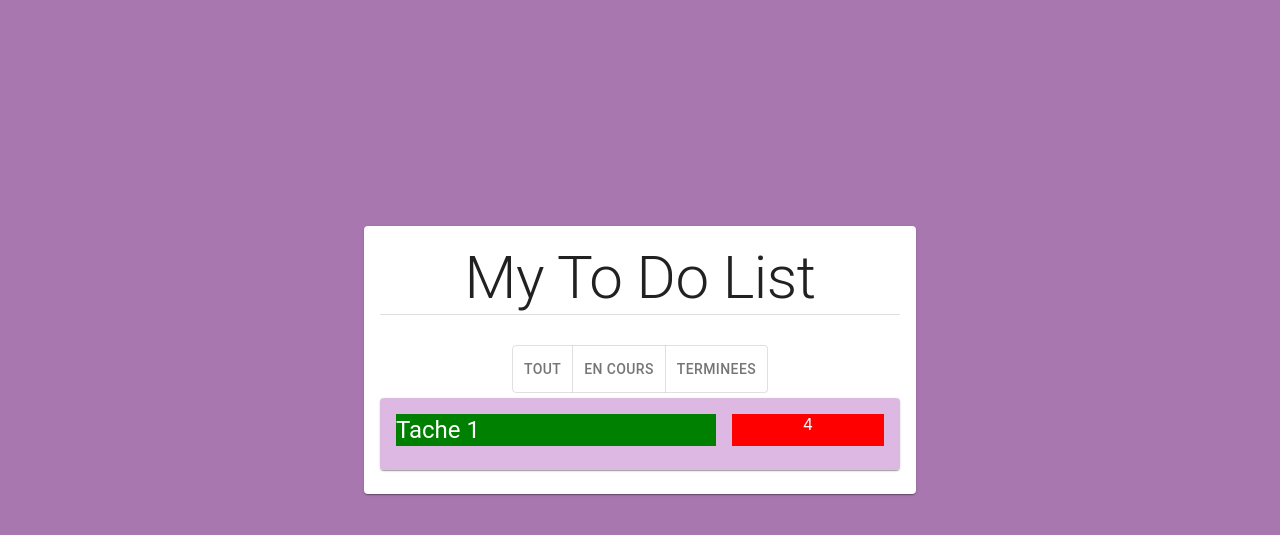
Repository: Fathiyasmine/Todo-list-project
Page: /
These files come from the project's save history. The page is drawn as it stood at one moment and after the next save; the edit follows.
The browser window is 1280 px wide. The pictures show the whole page.
The project was rebuilt for these pictures with package versions that can differ from the ones it lists, and the page was loaded fresh each time.

Above is the page before, as saved 2025-12-07 18:22:50.

### src/App.js
import "./App.css";
import ToDoList from "./components/ToDoList";

function App() {
  return (
    <div
      className="App"
      style={{
        display: "flex",
        justifyContent: "center",
        alignItems: "center",
        background: "#a877b0",
        height: "100vh",
      }}
    >
      <ToDoList />
    </div>
  );
}

export default App;

### src/components/TodoList.js
import * as React from "react";
import Container from "@mui/material/Container";
import Card from "@mui/material/Card";
import CardContent from "@mui/material/CardContent";
import Typography from "@mui/material/Typography";
import Divider from "@mui/material/Divider";
import ToggleButton from "@mui/material/ToggleButton";
import ToggleButtonGroup from "@mui/material/ToggleButtonGroup";
//Components
import Todo from "./Todo";
export default function ToDoList() {
  return (
    <Container maxWidth="sm">
      <Card>
        <CardContent>
          <Typography variant="h2">My To Do List</Typography>
          <Divider />
          {/*Filter buttons */}
          <ToggleButtonGroup
            // value={alignment}
            exclusive
            // onChange={handleAlignment}
            aria-label="text alignment"
            style={{ marginTop: "30px" }}
          >
            <ToggleButton value="left">Tout</ToggleButton>
            <ToggleButton value="right">En cours</ToggleButton>
            <ToggleButton value="center">Terminees</ToggleButton>
          </ToggleButtonGroup>
          {/*Filter buttons */}
          {/*All todos */}
          <Todo />
          {/*All todos */}
        </CardContent>
      </Card>
    </Container>
  );
}

### src/components/Todo.js
import Card from "@mui/material/Card";
import CardContent from "@mui/material/CardContent";
import Typography from "@mui/material/Typography";
import Grid from "@mui/material/Grid";

export default function Todo() {
  return (
    <>
      <Card style={{ color: "white", background: "#c990d3a3", marginTop: 5 }}>
        <CardContent>
          <Grid container spacing={2}>
            <Grid size={8} style={{ background: "green" }}>
              <Typography variant="h5" sx={{ textAlign: "left" }}>
                Tache 1
              </Typography>
            </Grid>
            <Grid size={4} style={{ background: "red" }}>
              4{" "}
            </Grid>
          </Grid>
        </CardContent>
      </Card>
    </>
  );
}

Loaded but not shown: public/index.html (common file); src/index.js (common file); src/index.css (common file); src/reportWebVitals.js (common file); src/App.css (common file)

After the next save:
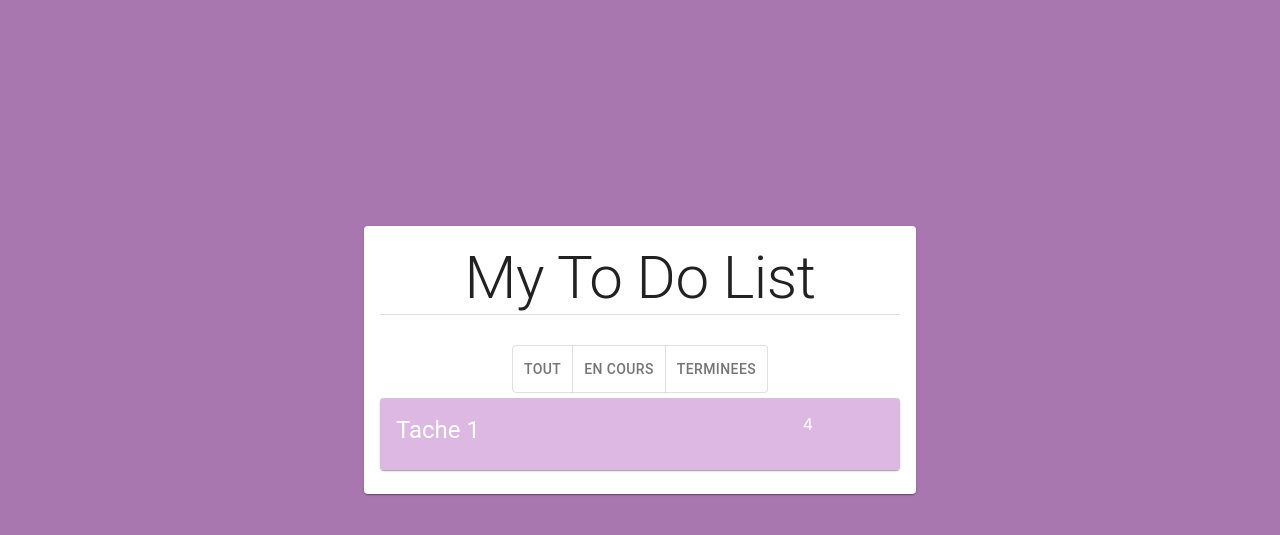
Saved 46 s later.
--- a/src/components/Todo.js
+++ b/src/components/Todo.js
@@ -9,14 +9,12 @@ export default function Todo() {
       <Card style={{ color: "white", background: "#c990d3a3", marginTop: 5 }}>
         <CardContent>
           <Grid container spacing={2}>
-            <Grid size={8} style={{ background: "green" }}>
+            <Grid size={8}>
               <Typography variant="h5" sx={{ textAlign: "left" }}>
                 Tache 1
               </Typography>
             </Grid>
-            <Grid size={4} style={{ background: "red" }}>
-              4{" "}
-            </Grid>
+            <Grid size={4}>4 </Grid>
           </Grid>
         </CardContent>
       </Card>
